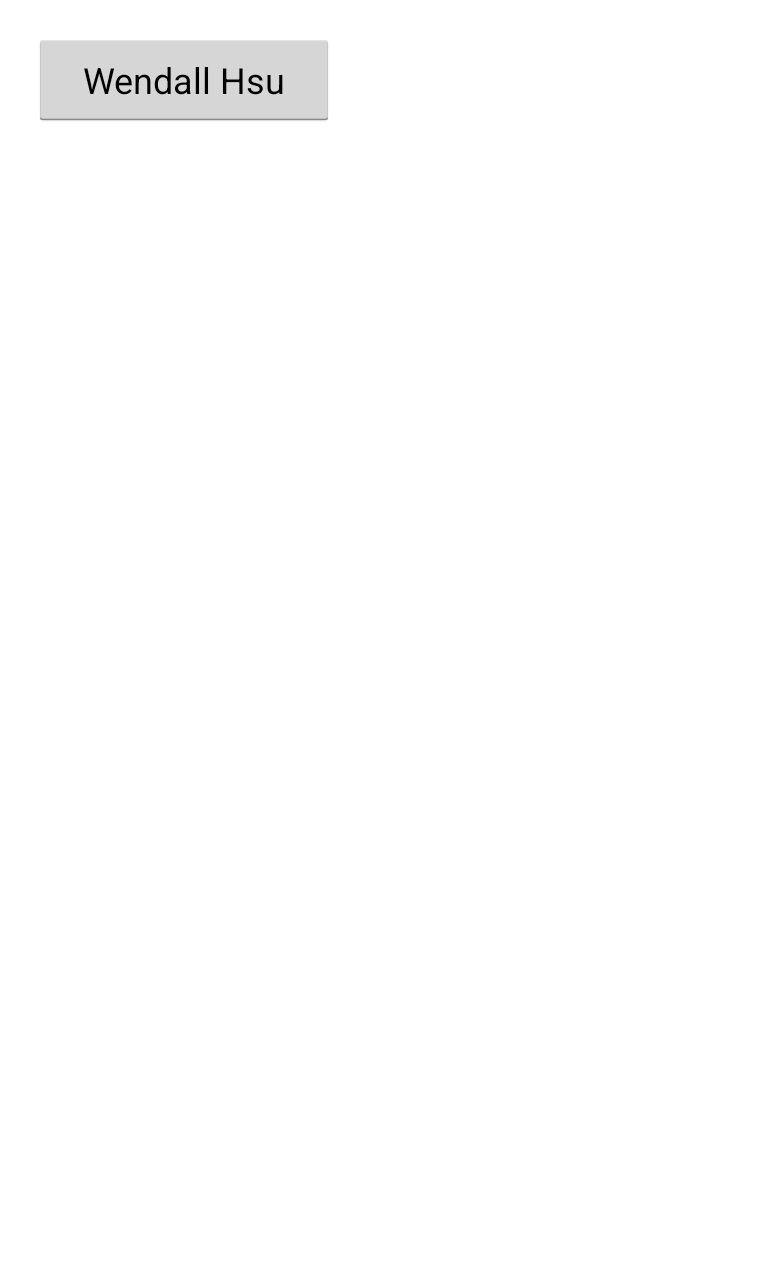
Repository: lethe13/AndroidProgramming
Layout: COMP304-Assignment2/res/layout/activity_main.xml
These files come from the project's save history. The layout is drawn as it stood at one moment and after the next save; the edit follows.
It is drawn on a 768 x 1280 px phone screen (xhdpi) without system bars, with theme AppTheme; the app's code is not run.

Above is the layout before, as saved 2015-10-13 20:25:34.

After the next save:
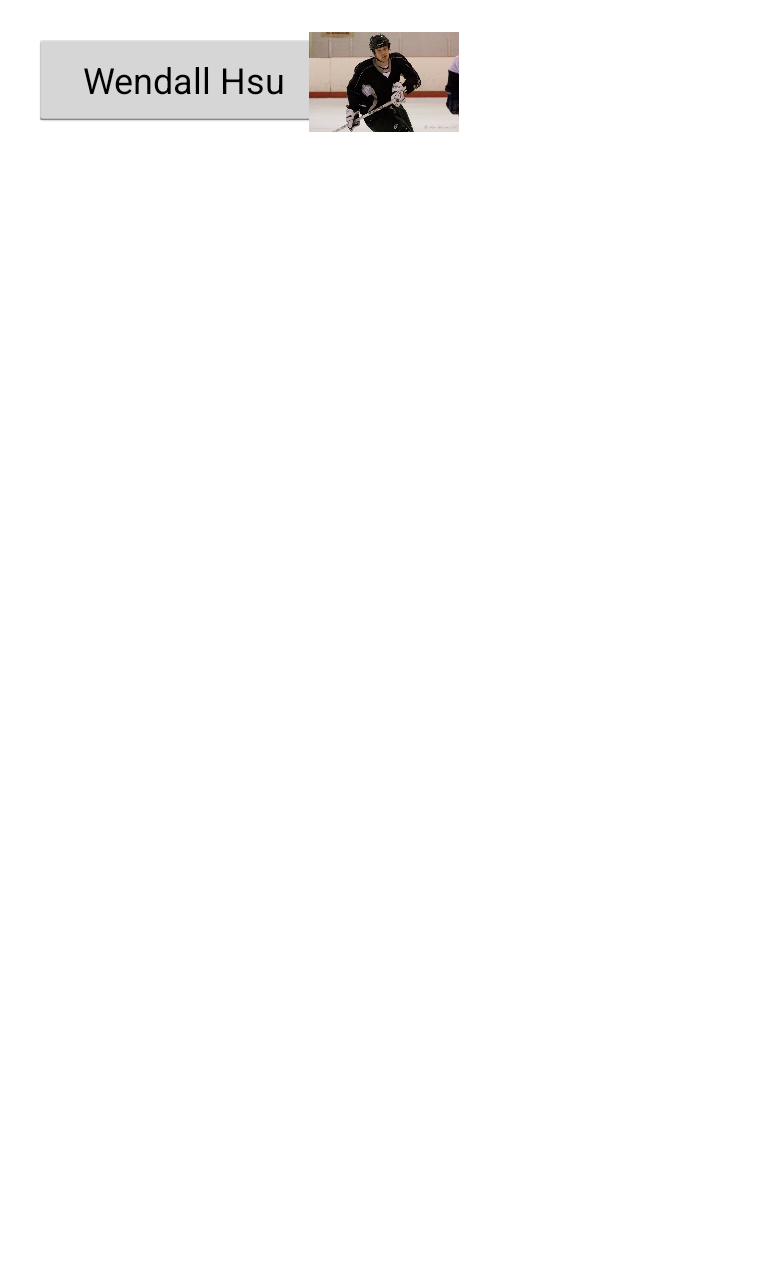
Saved 2 min 20 s later.
--- a/COMP304-Assignment2/res/layout/activity_main.xml
+++ b/COMP304-Assignment2/res/layout/activity_main.xml
@@ -14,4 +14,10 @@
             android:layout_height="wrap_content"
             android:text="@string/st1" />
 
+    <ImageView
+            android:id="@+id/imageView"
+            android:layout_width="wrap_content"
+            android:layout_height="100px"
+            android:src="@drawable/stephen" />
+
 </RelativeLayout>

After the save that followed:
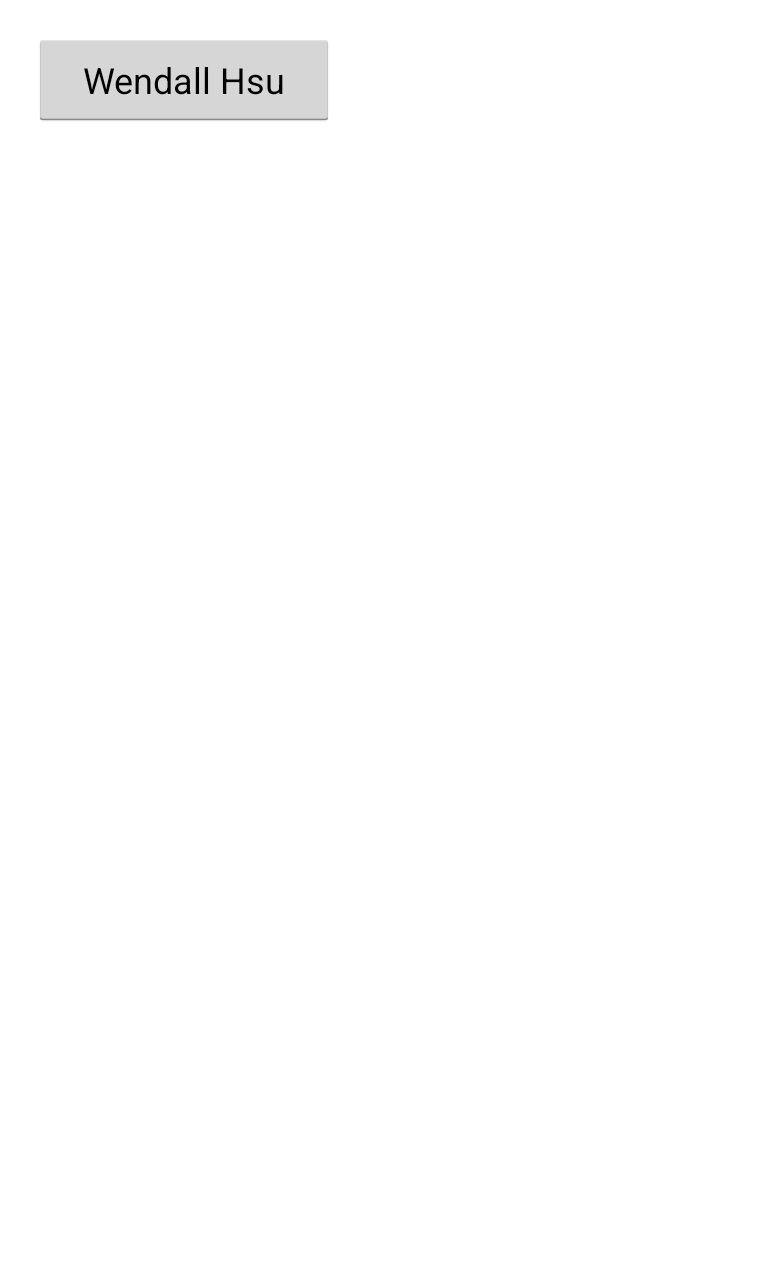
Saved 10 s later.
--- a/COMP304-Assignment2/res/layout/activity_main.xml
+++ b/COMP304-Assignment2/res/layout/activity_main.xml
@@ -18,6 +18,6 @@
             android:id="@+id/imageView"
             android:layout_width="wrap_content"
             android:layout_height="100px"
-            android:src="@drawable/stephen" />
+            android:src="@drawable-hdpi/wendall" />
 
 </RelativeLayout>
